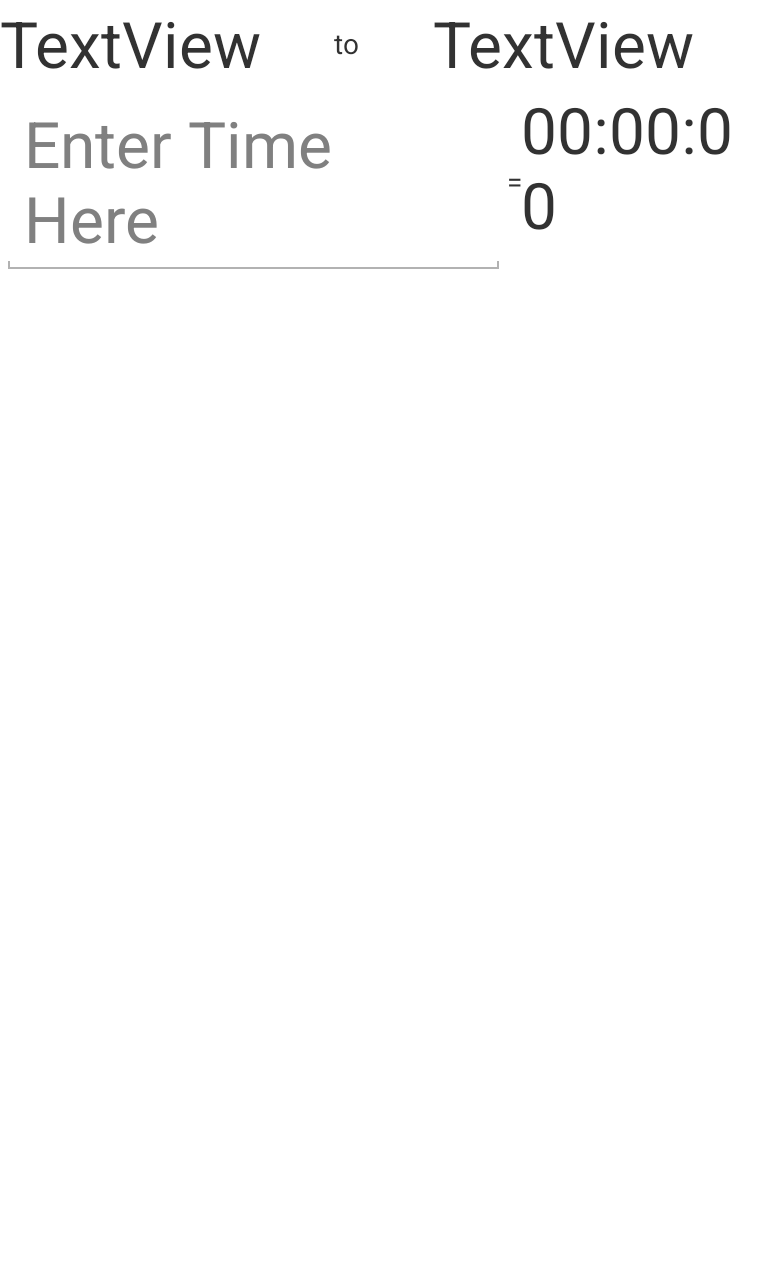
Repository: downinew/AndroidCoachesRaceTimer
Layout: CoachesRaceTimer/res/layout/convert_dialog.xml
These files come from the project's save history. The layout is drawn as it stood at one moment and after the next save; the edit follows.
It is drawn on a 768 x 1280 px phone screen (xhdpi) without system bars, with theme AppTheme; the app's code is not run.

Above is the layout before, as saved 2015-02-19 02:21:18.

### CoachesRaceTimer/res/layout/convert_dialog.xml
<?xml version="1.0" encoding="utf-8"?>
<LinearLayout xmlns:android="http://schemas.android.com/apk/res/android"
    android:layout_width="match_parent"
    android:layout_height="match_parent"
    android:orientation="vertical" >

    <LinearLayout
        android:layout_width="match_parent"
        android:layout_height="wrap_content"
        android:orientation="horizontal">

        <TextView
            android:id="@+id/convertItem1"
            android:layout_width="wrap_content"
            android:layout_gravity="start"
            android:layout_weight="1"
            android:textSize="32sp"
            android:layout_height="wrap_content"
            android:text="TextView" />

        <TextView
            android:id="@+id/toText"
            android:layout_width="wrap_content"
            android:layout_weight="1"
            android:layout_gravity="center"
            android:layout_height="wrap_content"
            android:text="to" />

        <TextView
            android:id="@+id/convertItem2"
            android:layout_width="wrap_content"
            android:layout_gravity="end"
            android:layout_weight="1"
            android:textSize="32sp"
            android:layout_height="wrap_content"
            android:text="TextView" />

    </LinearLayout>
    <LinearLayout
        android:layout_width="match_parent"
        android:layout_height="wrap_content"
        android:orientation="horizontal">

        <EditText
            android:id="@+id/convertTime1"
            android:layout_width="wrap_content"
            android:layout_gravity="start"
            android:layout_weight="1"
            android:textSize="32sp"
            android:layout_height="wrap_content"
            android:hint="Enter Time Here" />

        <TextView
            android:id="@+id/equalText"
            android:layout_width="wrap_content"
            android:layout_weight="1"
            android:layout_gravity="center"
            android:layout_height="wrap_content"
            android:text="=" />

        <TextView
            android:id="@+id/convertTime2"
            android:layout_width="wrap_content"
            android:layout_gravity="end"
            android:layout_weight="1"
            android:textSize="32sp"
            android:layout_height="wrap_content"
            android:text="00:00:00" />

    </LinearLayout>




</LinearLayout>

Loaded but not shown: CoachesRaceTimer/res/values/styles.xml (common file); CoachesRaceTimer/res/values-v11/styles.xml (common file); CoachesRaceTimer/res/values-v14/styles.xml (common file)

After the next save:
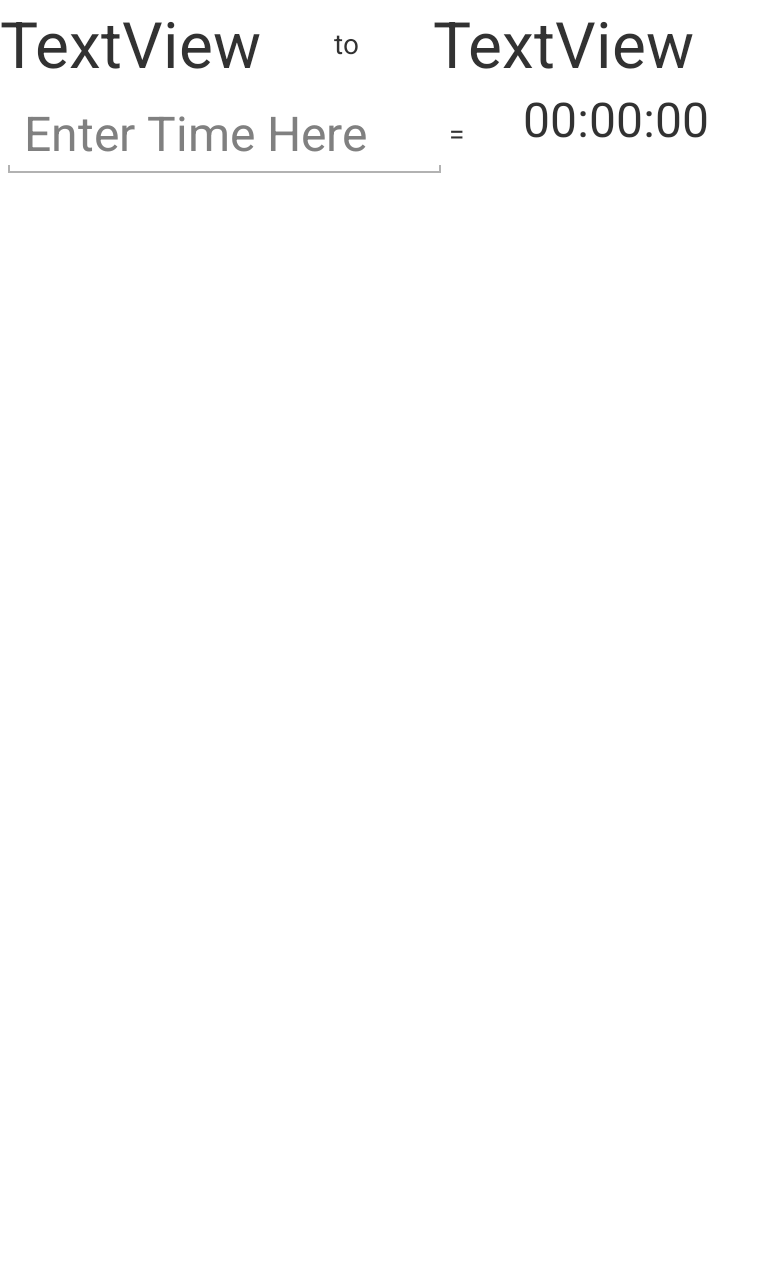
Saved 18 s later.
--- a/CoachesRaceTimer/res/layout/convert_dialog.xml
+++ b/CoachesRaceTimer/res/layout/convert_dialog.xml
@@ -46,7 +46,7 @@
             android:layout_width="wrap_content"
             android:layout_gravity="start"
             android:layout_weight="1"
-            android:textSize="32sp"
+            android:textSize="24sp"
             android:layout_height="wrap_content"
             android:hint="Enter Time Here" />
 
@@ -63,7 +63,7 @@
             android:layout_width="wrap_content"
             android:layout_gravity="end"
             android:layout_weight="1"
-            android:textSize="32sp"
+            android:textSize="24sp"
             android:layout_height="wrap_content"
             android:text="00:00:00" />
 
